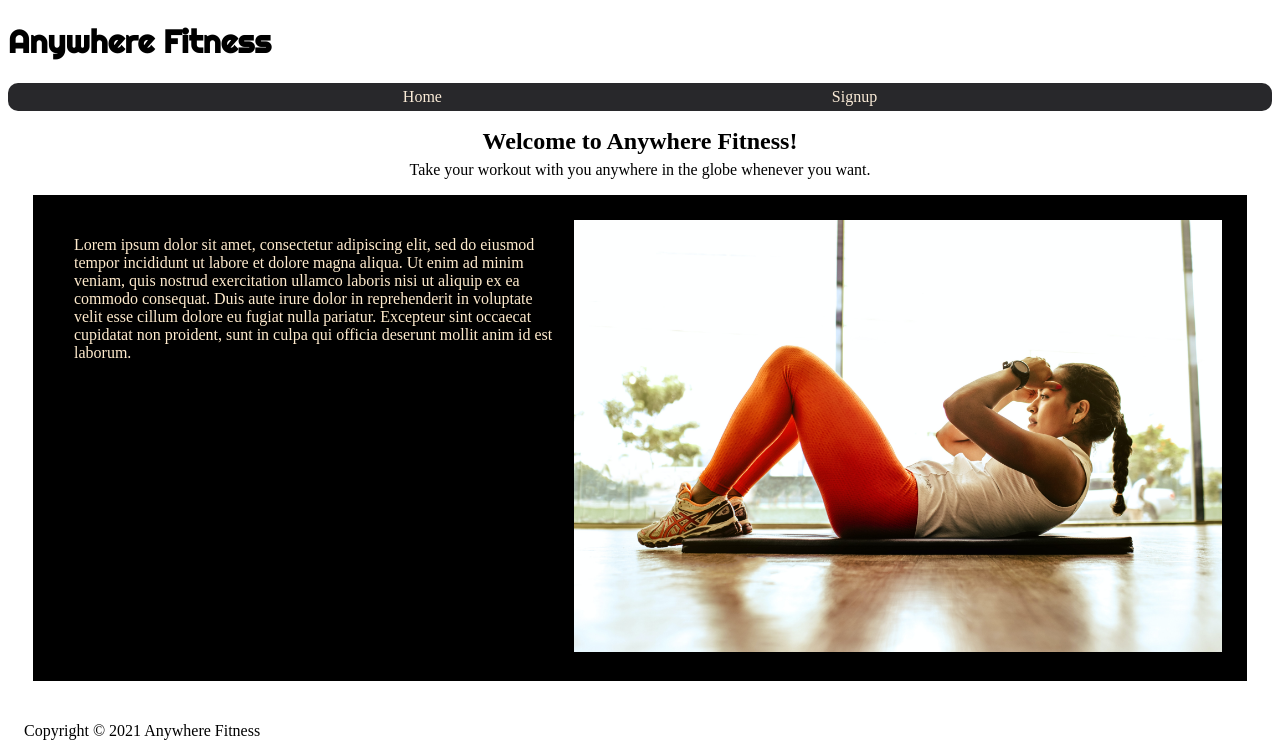
Repository: 10-21-BW-AnywhereFitness/frontend
Page: /logout (app in anywherefitness-fe/)
An editor plug-in stored every save of this project. The page is shown before and after a run of saves, followed by the edit.
The browser window is 1280 px wide. The pictures show the whole page.
Some web fonts or font styles are not loaded; a fallback is used. The project was rebuilt for these pictures with package versions that can differ from the ones it lists, and the page was loaded fresh each time. Also part of the build but not shown: anywherefitness-fe/src/api/api_calls.js, anywherefitness-fe/src/components/landing/ClientLanding.js, anywherefitness-fe/src/components/pages/client.js, anywherefitness-fe/src/components/landing/EditMenu.css, anywherefitness-fe/src/components/landing/EditMenu.js, anywherefitness-fe/src/components/landing/ClassDetails.js, anywherefitness-fe/src/components/landing/Popup.css, anywherefitness-fe/src/components/landing/Popup.js and 14 more.

Above is the page before, as saved 2021-10-22 13:38:25.

After the next 2 saves:
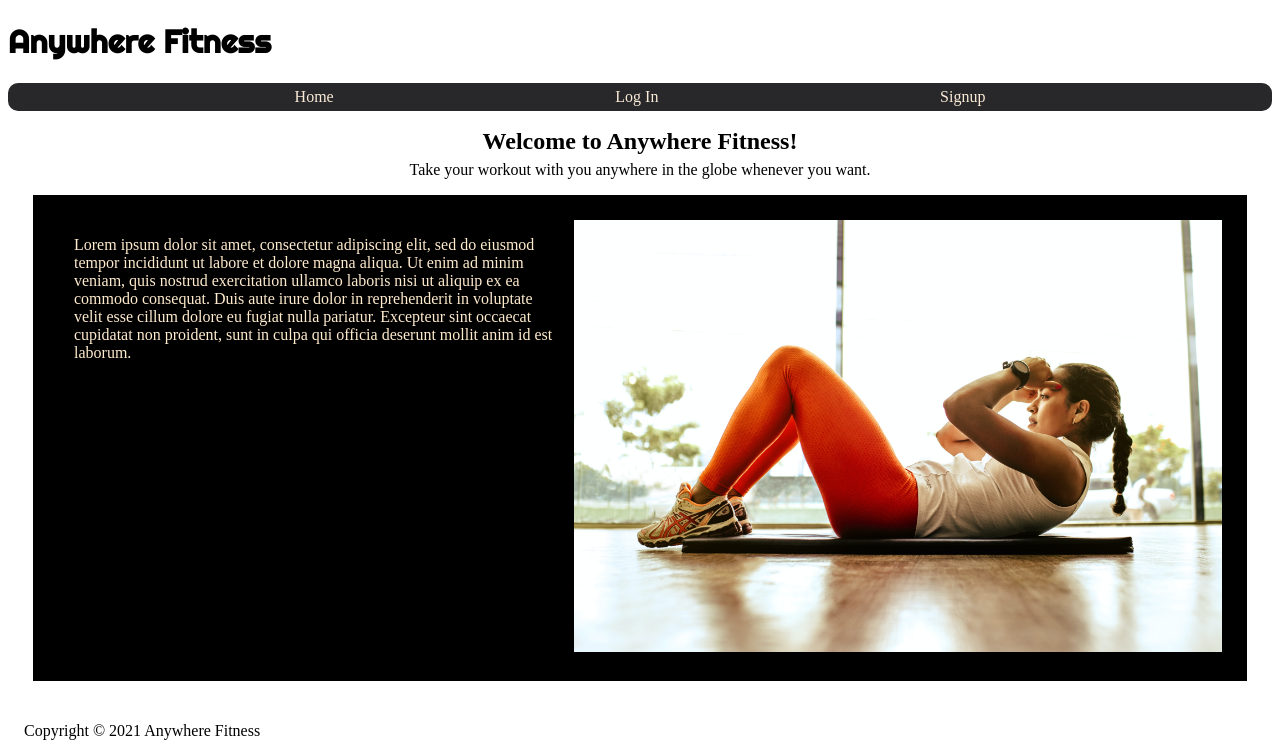
The 2 saves are shown as one change because they came seconds apart.
The last was saved 40 s later.
--- a/anywherefitness-fe/src/components/NavBar.js
+++ b/anywherefitness-fe/src/components/NavBar.js
@@ -28,13 +28,13 @@
         history.push("/")
       )}
 
-      {GlobalState.token === "" && GlobalState.role_id === 1 ? (
+      {GlobalState.token === "" ? (
         <Link to="/login" style={{ textDecoration: "none" }}>
           Log In
         </Link>
       ) : null}
 
-      {GlobalState.token !== "" && GlobalState.role_id === 1 ? (
+      {GlobalState.token !== "" ? (
         <Link to="/logout" style={{ textDecoration: "none" }}>
           Log Out
         </Link>
